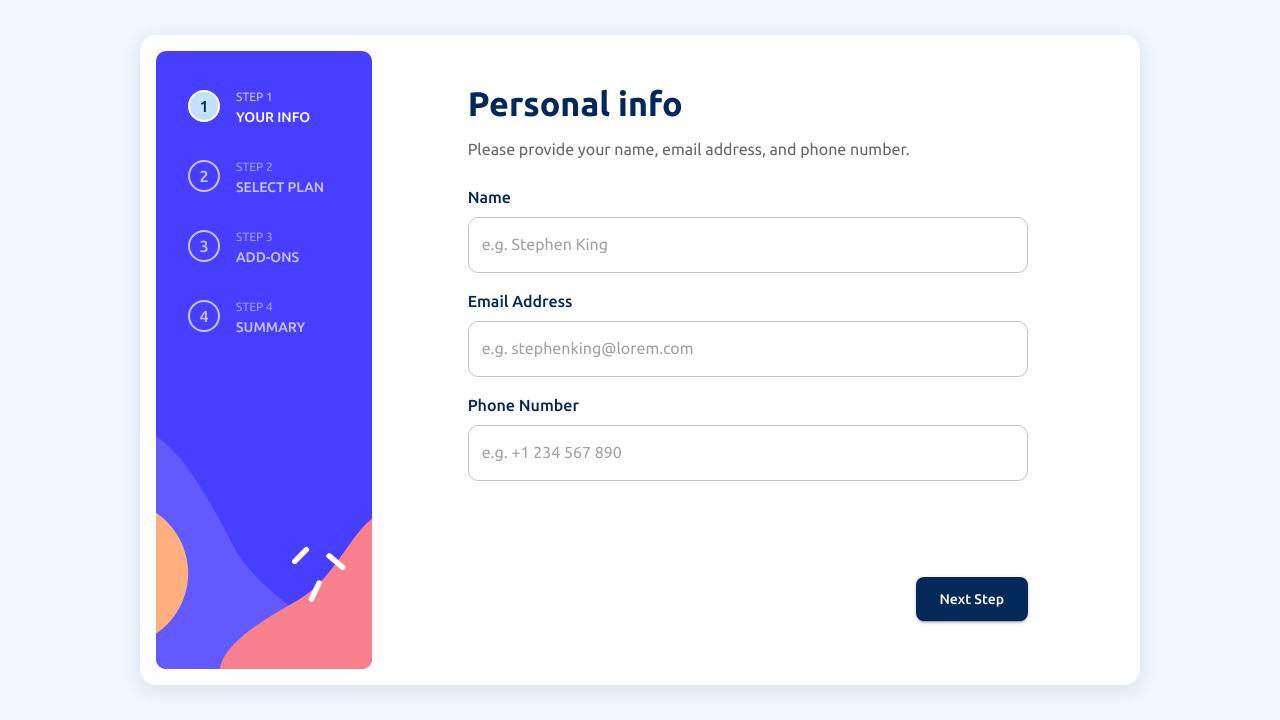
Repository: ozerrrs/chalange7days
Page: / (app in 7dayschalange/7dayschallange/)
An editor plug-in stored every save of this project. The page is shown before and after the next save, followed by the edit.
The browser window is 1280 px wide. The pictures show the whole page.
The project was rebuilt for these pictures with package versions that can differ from the ones it lists, and the page was loaded fresh each time. Also part of the build but not shown: 7dayschalange/7dayschallange/vite.config.js.

Above is the page before, as saved 2025-03-05 14:58:53.

### 7dayschalange/7dayschallange/src/main.jsx
import * as React from "react";
import * as ReactDOM from "react-dom/client";
import { ThemeProvider } from "@mui/material/styles";
import { CssBaseline } from "@mui/material";
import theme from "./theme/theme";
import App from "./App";
import "./index.css";
ReactDOM.createRoot(document.getElementById("root")).render(
  <React.StrictMode>
    <ThemeProvider theme={theme}>
      <CssBaseline />
      <App />
    </ThemeProvider>
  </React.StrictMode>
);

### 7dayschalange/7dayschallange/src/theme/theme.jsx
import { createTheme } from "@mui/material/styles";

const theme = createTheme({
  typography: {
    fontFamily: "'Ubuntu', sans-serif",
    h4: {
      fontWeight: 700,
    },
    h2: {
      fontWeight: 500,
    },
  },
  components: {
    MuiCssBaseline: {
      styleOverrides: `
        body {
          background-color: #f0f7ff;
        }
      `,
    },
  },
});

export default theme;

### 7dayschalange/7dayschallange/src/App.jsx
import { Routes, Route, BrowserRouter } from "react-router-dom";
import FirstPage from "./pages/firstPage";
import "@fontsource/ubuntu/400.css"; // Regular
import "@fontsource/ubuntu/500.css"; // Medium
import "@fontsource/ubuntu/700.css"; // Bold
function App() {
  return (
    <BrowserRouter>
      <Routes>
        <Route path="/" element={<FirstPage />} />
        {/* <Route path="/about" element={<About />} />
          <Route path="/login" element={<Login />} />
          <Route path="/register" element={<Register />} /> */}
      </Routes>
    </BrowserRouter>
  );
}
export default App;

### 7dayschalange/7dayschallange/src/index.css
#root {
  height: 100vh;
  width: 100vw;
  background-color: #f0f7ff;
}

### 7dayschalange/7dayschallange/src/pages/firstPage.jsx
import React, { useState } from "react";
import {
  Box,
  TextField,
  Typography,
  Button,
  Stepper,
  Step,
  StepLabel,
  Paper,
  Container,
  Grid,
  CssBaseline,
} from "@mui/material";
import { styled, ThemeProvider } from "@mui/material/styles";
// Import the background image for the sidebar
import backgroundNav from "../assets/bg-sidebar-desktop.svg"; // Adjust the path as needed

const FormContainer = styled(Paper)(({ theme }) => ({
  padding: theme.spacing(2),
  borderRadius: 16,
  boxShadow: "0px 4px 20px rgba(0, 0, 0, 0.1)",
  display: "flex",
  overflow: "hidden",
  minWidth: 1000,
  minHeight: 650,
  margin: "0 auto",
  position: "absolute",
  top: "50%",
  left: "50%",
  transform: "translate(-50%, -50%)",
}));

const SideBar = styled(Box)(({ theme }) => ({
  padding: theme.spacing(4),
  borderRadius: "10px 10px 10px 10px",
  color: "white",
  width: 274,
  position: "relative",
  overflow: "hidden",
  background: "none",
  minHeight: 568,
}));

const ContentArea = styled(Box)(({ theme }) => ({
  paddingLeft: theme.spacing(12),
  paddingRight: theme.spacing(12),
  paddingTop: theme.spacing(4),
  paddingBottom: theme.spacing(4),
  width: "100%",
}));

const NextButton = styled(Button)(({ theme }) => ({
  backgroundColor: "#04285a",
  color: "white",
  borderRadius: 8,
  padding: "10px 24px",
  textTransform: "none", // This prevents uppercase text

  "&:hover": {
    backgroundColor: "#172b4d",
  },
}));
const StyledTextField = styled(TextField)(({ theme }) => ({
  marginBottom: theme.spacing(2),
  "& .MuiOutlinedInput-root": {
    borderRadius: "10px",
    "& fieldset": {
      borderRadius: "10px",
    },
  },
}));

const StepNumber = styled(Box)(({ theme, active }) => ({
  width: 32,
  height: 32,
  borderRadius: "50%",
  border: "2px solid white",
  display: "flex",
  alignItems: "center",
  justifyContent: "center",
  marginRight: theme.spacing(2),
  backgroundColor: active ? "#c3e0ff" : "transparent", // Blue background when active
  color: active ? "#04285a" : "white",
  fontWeight: 500,
}));

const StepItem = styled(Box)(({ theme, active }) => ({
  display: "flex",
  alignItems: "center",
  marginBottom: theme.spacing(3),
  opacity: active ? 1 : 0.7,
}));

const steps = [
  { label: "YOUR INFO", description: "Personal details" },
  { label: "SELECT PLAN", description: "Choose your plan" },
  { label: "ADD-ONS", description: "Add extra features" },
  { label: "SUMMARY", description: "Review your order" },
];

function MultiStepForm() {
  const [activeStep, setActiveStep] = useState(0);
  const [formData, setFormData] = useState({
    name: "",
    email: "",
    phone: "",
  });

  const handleInputChange = (e) => {
    const { name, value } = e.target;
    setFormData({
      ...formData,
      [name]: value,
    });
  };

  const handleNext = () => {
    setActiveStep((prevActiveStep) => prevActiveStep + 1);
  };

  const handleBack = () => {
    setActiveStep((prevActiveStep) => prevActiveStep - 1);
  };

  const getStepContent = (step) => {
    switch (step) {
      case 0:
        return (
          <Box>
            <Typography
              variant="h4"
              gutterBottom
              fontWeight="bold"
              sx={{ color: "#04285a" }}
            >
              Personal info
            </Typography>
            <Typography color="textSecondary" paragraph>
              Please provide your name, email address, and phone number.
            </Typography>

            <Box mt={3}>
              <Typography fontWeight={500} mb={1} sx={{ color: "#04285a" }}>
                Name
              </Typography>
              <StyledTextField
                fullWidth
                placeholder="e.g. Stephen King"
                name="name"
                value={formData.name}
                onChange={handleInputChange}
                variant="outlined"
              />

              <Typography fontWeight={500} mb={1} sx={{ color: "#04285a" }}>
                Email Address
              </Typography>

              <StyledTextField
                fullWidth
                placeholder="e.g. stephenking@lorem.com"
                name="email"
                value={formData.email}
                onChange={handleInputChange}
                variant="outlined"
              />

              <Typography fontWeight={500} mb={1} sx={{ color: "#04285a" }}>
                Phone Number
              </Typography>

              <StyledTextField
                fullWidth
                placeholder="e.g. +1 234 567 890"
                name="phone"
                value={formData.phone}
                onChange={handleInputChange}
                variant="outlined"
                sx={{ mb: 8 }}
              />
            </Box>
          </Box>
        );
      case 1:
        return (
          <Box>
            <Typography
              variant="h4"
              gutterBottom
              fontWeight="bold"
              sx={{ color: "#04285a" }}
            >
              Select your plan
            </Typography>
            <Typography color="textSecondary" paragraph>
              You have the option of monthly or yearly billing.
            </Typography>

            {/* Plan selection content will go here */}
            <Box mt={3} sx={{ display: "flex", gap: 2 }}>
              {/* Example plan cards would go here */}
              <Paper
                sx={{
                  p: 2,
                  borderRadius: 2,
                  flex: 1,
                  border: "1px solid #ccc",
                }}
              >
                <Typography fontWeight="bold" sx={{ color: "#04285a" }}>
                  Arcade
                </Typography>
                <Typography color="textSecondary">$9/mo</Typography>
              </Paper>

              <Paper
                sx={{
                  p: 2,
                  borderRadius: 2,
                  flex: 1,
                  border: "1px solid #ccc",
                }}
              >
                <Typography fontWeight="bold" sx={{ color: "#04285a" }}>
                  Advanced
                </Typography>
                <Typography color="textSecondary">$12/mo</Typography>
              </Paper>

              <Paper
                sx={{
                  p: 2,
                  borderRadius: 2,
                  flex: 1,
                  border: "1px solid #ccc",
                }}
              >
                <Typography fontWeight="bold" sx={{ color: "#04285a" }}>
                  Pro
                </Typography>
                <Typography color="textSecondary">$15/mo</Typography>
              </Paper>
            </Box>
          </Box>
        );
      case 2:
        return (
          <Box>
            <Typography
              variant="h4"
              gutterBottom
              fontWeight="bold"
              sx={{ color: "#04285a" }}
            >
              Pick add-ons
            </Typography>
            <Typography color="textSecondary" paragraph>
              Add-ons help enhance your gaming experience.
            </Typography>
          </Box>
        );
      case 3:
        return (
          <Box>
            <Typography
              variant="h4"
              gutterBottom
              fontWeight="bold"
              sx={{ color: "#04285a" }}
            >
              Summary
            </Typography>
            <Typography color="textSecondary" paragraph>
              Please confirm your selections.
            </Typography>
          </Box>
        );
      default:
        return "Unknown step";
    }
  };

  return (
    <FormContainer>
      <SideBar>
        <Box
          sx={{
            position: "absolute",
            top: 0,
            left: 0,
            width: "100%",
            height: "100%",
            zIndex: 0,
          }}
        >
          <img
            src={backgroundNav}
            alt="background"
            style={{ width: "100%", height: "100%", objectFit: "cover" }}
          />
        </Box>
        <Box sx={{ position: "relative", zIndex: 1 }}>
          {steps.map((step, index) => (
            <StepItem key={index} active={activeStep === index}>
              <StepNumber active={activeStep === index}>{index + 1}</StepNumber>

              <Box>
                <Typography variant="caption" sx={{ opacity: 0.7 }}>
                  STEP {index + 1}
                </Typography>
                <Typography variant="subtitle2">{step.label}</Typography>
              </Box>
            </StepItem>
          ))}
        </Box>
      </SideBar>

      <ContentArea>
        {getStepContent(activeStep)}

        <Box sx={{ display: "flex", justifyContent: "flex-end", mt: 4 }}>
          {activeStep !== 0 && (
            <Button onClick={handleBack} sx={{ mr: 1 }}>
              Back
            </Button>
          )}
          <NextButton variant="contained" onClick={handleNext}>
            Next Step
          </NextButton>
        </Box>
      </ContentArea>
    </FormContainer>
  );
}

export default MultiStepForm;

Loaded but not shown: 7dayschalange/7dayschallange/index.html (common file)

After the next save:
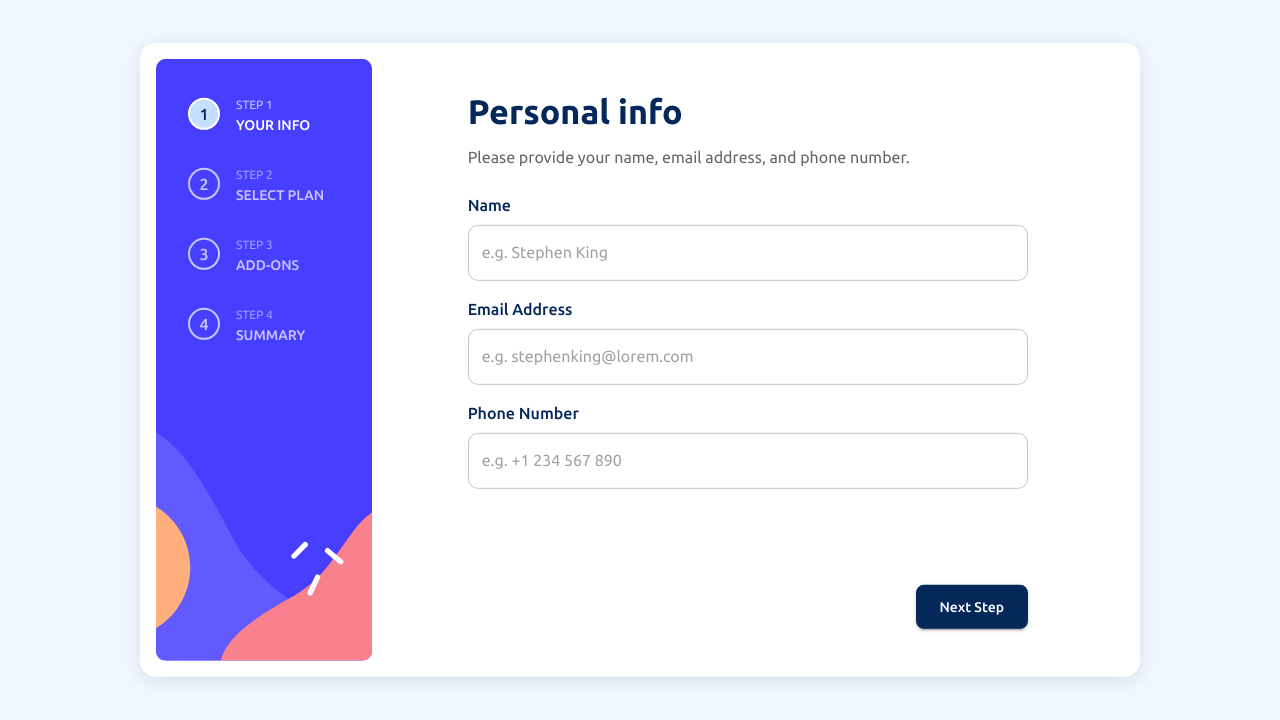
Saved 20 s later.
--- a/7dayschalange/7dayschallange/src/pages/firstPage.jsx
+++ b/7dayschalange/7dayschallange/src/pages/firstPage.jsx
@@ -23,7 +23,7 @@ const FormContainer = styled(Paper)(({ theme }) => ({
   display: "flex",
   overflow: "hidden",
   minWidth: 1000,
-  minHeight: 650,
+  minHeight: 550,
   margin: "0 auto",
   position: "absolute",
   top: "50%",
